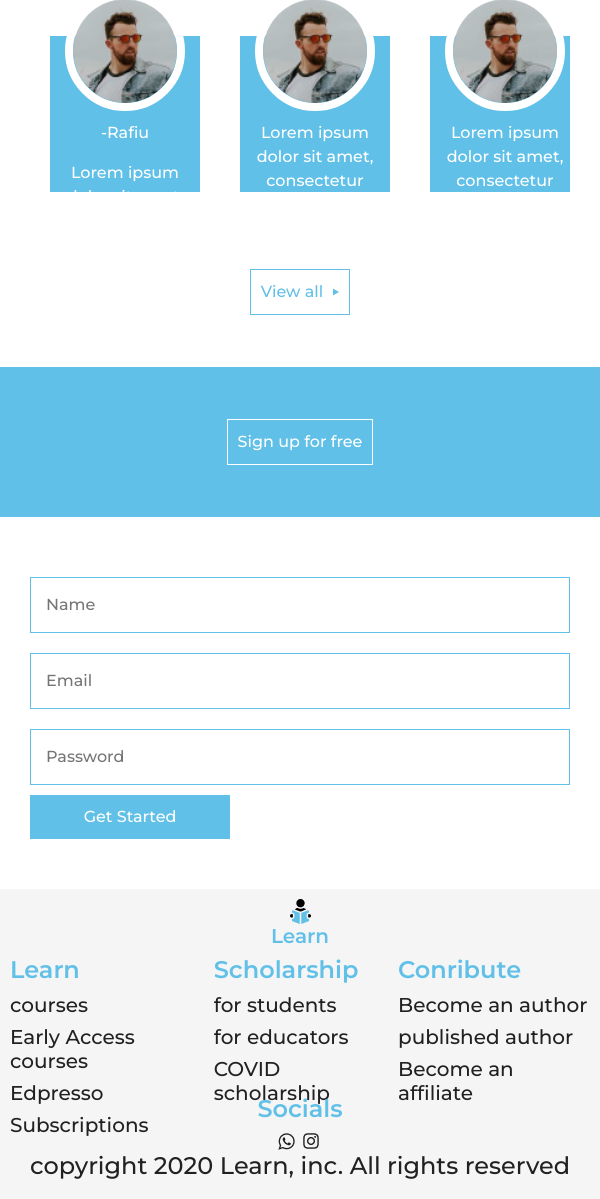
Repository: TiaraOluwanimi/team5
Page: tutor.html
An editor plug-in stored every save of this project. The page is shown before and after the next save, followed by the edit.
The browser window is 600 px wide. The pictures show the part of the page from y = 3948 to 5516 px (the page is 5147 px tall before and 5516 px after).
A picture or video elsewhere on the page could not be fetched, so the positions and the page height are approximate. Some web libraries are served in a nearby version.

Above is the page before, as saved 2020-08-08 12:33:50.

### tutor.html
<!DOCTYPE html>
<html lang="zxx">
  <head>
    <meta charset="UTF-8" />
    <meta name="viewport" content="width=device-width, initial-scale=1.0" />
    <title>Online Tutoring</title>
    <!-- Custom Css -->
    <link rel="stylesheet" href="./assets/css/header-footer.css" />
    <link rel="stylesheet" href="./assets/css/tutor.css" />
    <link rel="stylesheet" href="./assets/css/testimonial.css" />
    <!-- Favicon -->

    <!---------------------- CDNs----------------- -->
    <!-- Bootstrap CSS CDN -->
    <link
      rel="stylesheet"
      href="https://maxcdn.bootstrapcdn.com/bootstrap/4.0.0/css/bootstrap.min.css"
      integrity="sha384-Gn5384xqQ1aoWXA+058RXPxPg6fy4IWvTNh0E263XmFcJlSAwiGgFAW/dAiS6JXm"
      crossorigin="anonymous"
    />
    <!-- fontawesome CDN -->
    <!-- Google Font -->
    <link href="https://fonts.googleapis.com/css2?family=Montserrat:wght@500;600&display=swap" rel="stylesheet">
    <!-- Font Awesome -->
    <script src="https://kit.fontawesome.com/0f19ba4771.js" crossorigin="anonymous"></script>

</head>

<body>
    <!-- Welcome to this online tutoring website. 😊 -->
    <!--  Header  -->
    <nav class="nav1">
      <a href="#"><img src="./assets/img/logo.png" alt="" /></a>
      <div class="nav1div1">
        <img
          class="searchicon"
          onclick="displaySearchBar()"
          src="./assets/img/search.png"
          alt=""
        />
        <button class="nav1butt1">Log in</button>
        <button class="nav1butt2">Join for free</button>
      </div>
      <div class="nav1div2 display">
        <input
          class="searchbar"
          type="text"
          placeholder="Enter Text here"

        />
      </div>
    </nav>

    <!-- Landing Page -->
    <div class="div1">
        <img class="div1img1" src="./assets/img/hero-img.png" alt="">
        <div class="div1div1">
            <i class="fas fa-play-circle fa-2x div1img2"></i>
            &nbsp;&nbsp;&nbsp;
            <h3 class="div1hh1">TAKE A TOUR</h3>
        </div>
    </div>

    <div class="div2">
        <h1 class="div2hh1">
            LEARN ALL YOU WANT, AT YOUR OWN
            <span class="div2hh2">PACE.</span>
        </h1>
        <h4 class="div2hh3">
            Lorem ipsum dolor sit amet, consectetur
            adipiscing elit, sed do eiusmod tempor
            incididunt ut labore et dolore magna
            aliqua. Ut enim ad minim veniam, quis
            nostrud exercitation ullamco laboris nisi
            ut aliquip ex ea commodo consequat.
        </h4>
        <div class="div2div1">
            <button class="div2butt1">Get Started</button>
        </div>
    </div>
    <!-- join us section -->
    <section id="join-us" class="py-5" style="position: relative;">
        <div style="position: absolute; right: 0px; top:-10px;">
          <img src="./assets/img/Ellipse13.png" alt="" class="img-fluid" >
        </div>
        <div class="container">
          <div class="row">
            <div class="col-12 mx-auto text-center">
              <h4 class="mx-auto sec-head">
                <span><strong>Join Us</strong></span>
              </h4>
              <p>
                Join us for free classes taught by experts. And explore hundreds
                of free online classes.
              </p>
            </div>
            <div class="row py-3">
                <div class="col-md-4 text-center my-3">
                  <div class="box-shadow py-3">
                    <img
                      src="./assets/img/course.png"
                      alt=""
                      class="join-img img-fluid rounded-circle w-50"
                    />
                    <h4 class="my-5"><strong>Choose a Course</strong></h4>
                  </div>
                </div>
                <div class="col-md-4 text-center my-3">
                  <div class="box-shadow py-3">
                    <img
                      src="./assets/img/skillset.png"
                      alt=""
                      class="join-img img-fluid rounded-circle w-50"
                    />
                    <h4 class="my-5"><strong>Grow your skillset</strong></h4>
                  </div>
                </div>
                <div class="col-md-4 text-center my-3">
                  <div class="box-shadow py-3">
                    <img
                      src="./assets/img/mentorship.png"
                      alt=""
                      class="join-img img-fluid rounded-circle w-50"
                    />
                    <h4 class="my-5"><strong>Meet a mentor</strong></h4>
                  </div>
                </div>
                <button
                  class="btn btn-lg btn-outline-primary py-3 px-5 rounded-0 mx-auto"
                >
                  View All
                </button>
              </div>
            </div>
        </div>
          </section>

    <!-- service section -->
    <section id="services" class="py-5" style="position: relative;">
      <div style="position: absolute; left: 0px; top: -30px;">
        <img src="./assets/img/Ellipse10.png" alt="" />
      </div>
      <div
        style="position: absolute; right: 0px; top: 30%; transform: scale(-1);"
      >
        <img src="./assets/img/Ellipse10.png" alt="" />
      </div>
      <div class="container">
        <div class="row">
          <div class="col-12 mx-auto text-center">
            <h4 class="mx-auto sec-head">
              <span><strong>Services</strong></span>
            </h4>
            <p>
              Helping over 5,000 students reach their ultimate goals with our
              special packages.
            </p>
          </div>
        </div>
        <div class="row p-3">
          <div class="col-md-4 text-center py-3">
            <h4><strong>Get help, FAST</strong></h4>
            <img
              src="./assets/img/hourglass1.png"
              alt=""
              class="img-fluid w-25 my-3"
            />
            <p class="my-3" style="font-size: 14px;">
              Lorem ipsum dolor sit amet, consectetur adipiscing elit, sed do
              eiusmod tempor incididunt ut labore et dolore magna aliqua. Ut
              enim ad minim veniam, quis nostrud exercitation ullamco laboris
              nisi ut aliquip ex ea commodo consequat. um.
            </p>
            <h6 class="border py-3 px-1 mx-3 border-primary">
              Learn More <i></i>
            </h6>
          </div>
          <div class="col-md-4 text-center py-3">
            <h4><strong>Personalised tutoring</strong></h4>
            <img
              src="./assets/img/teacher1.png"
              alt=""
              class="img-fluid w-25 my-3"
            />
            <p class="my-3" style="font-size: 14px;">
              Lorem ipsum dolor sit amet, consectetur adipiscing elit, sed do
              eiusmod tempor incididunt ut labore et dolore magna aliqua. Ut
              enim ad minim veniam, quis nostrud exercitation ullamco laboris
              nisi ut aliquip ex ea commodo consequat. um.
            </p>
            <h6 class="border py-3 px-1 mx-3 border-primary">
              Learn More <i></i>
            </h6>
          </div>
          <div class="col-md-4 text-center py-3">
            <h4><strong>80+ Courses</strong></h4>
            <img
              src="./assets/img/test1.png"
              alt=""
              class="img-fluid w-25 my-3"
            />
            <p class="my-3" style="font-size: 14px;">
              Lorem ipsum dolor sit amet, consectetur adipiscing elit, sed do
              eiusmod tempor incididunt ut labore et dolore magna aliqua. Ut
              enim ad minim veniam, quis nostrud exercitation ullamco laboris
              nisi ut aliquip ex ea commodo consequat. um.
            </p>
            <h6 class="border py-3 px-1 mx-3 mx-lg-1 border-primary">
              Learn More <i></i>
            </h6>
          </div>
        </div>
      </div>
    </section>
    <!-- Testimonial section -->
    <section>
      <div>
        <div class="testimonial-heading">
          <div>
            <h4 class="mx-auto sec-head">
              <span><strong>Testimonials</strong></span>
            </h4>
          </div>
          <p>what our awesome client are saying</p>
        </div>
        <div class="testimonial-container">
          <div  id="testimonial-details">
            <div class="testimonial-card">
              <img src="./assets/img/Ellipse7.png" alt="">
              <div class="testimonial-statement">
                <p>-Rafiu</p>
                <p>Lorem ipsum dolor sit amet, consectetur adipiscing elit, sed do odo consequat. um.</p>
              </div>

            </div>
            <div class="testimonial-card">
              <img src="./assets/img/Ellipse7.png" alt="">
              <div class="testimonial-statement">
                <p>Lorem ipsum dolor sit amet, consectetur adipiscing elit, sed do odo consequat. um.</p>
              </div>

            </div>
            <div class="testimonial-card">
              <img src="./assets/img/Ellipse7.png" alt="">
              <div class="testimonial-statement">
                <p>Lorem ipsum dolor sit amet, consectetur adipiscing elit, sed do odo consequat. um.</p>
              </div>

            </div>

        </div>
      </div>
        <div id="view-all-button">

          <button>View all<img src="./assets/img/polygonImg.png" alt="A play "/></button>
        </div>

        <div id="sign-button">

          <button>Sign up for free</button>
        </div>
        <div class="testimonial-container">
          <form >
            <input type="text" placeholder="Name">
            <input type="email" placeholder="Email">
            <input type="password" placeholder="Password">
            <button>Get Started</button>
          </form>
        </div>
      </div>
    </section>
    <!--  Footer  -->
    <footer class="footer1">
      <div class="footer1div1">
        <img class="footer1img1" src="./assets/img/logo.png" alt="" />
        <h5 class="footer1hh1">Learn</h5>
      </div>

      <div class="footer1div2">
        <div class="footer1div3">
          <h4 class="footer1hh2">Learn</h4>
          <a href="" class="footer1link1"
            ><h5 class="footer1hh3">courses</h5></a
          >
          <a href="" class="footer1link1"
            ><h5 class="footer1hh3">Early Access courses</h5></a
          >
          <a href="" class="footer1link1"
            ><h5 class="footer1hh3">Edpresso</h5></a
          >
          <a href="" class="footer1link1"
            ><h5 class="footer1hh3">Subscriptions</h5></a
          >
        </div>
        <div class="footer1div4">
          <h4 class="footer1hh2">Scholarship</h4>
          <a href="" class="footer1link1"
            ><h5 class="footer1hh3">for students</h5></a
          >
          <a href="" class="footer1link1"
            ><h5 class="footer1hh3">for educators</h5></a
          >
          <a href="" class="footer1link1"
            ><h5 class="footer1hh3">COVID scholarship</h5></a
          >
        </div>
        <div class="footer1div5">
          <h4 class="footer1hh2">Conribute</h4>
          <a href="" class="footer1link1"
            ><h5 class="footer1hh3">Become an author</h5></a
          >
          <a href="" class="footer1link1"
            ><h5 class="footer1hh3">published author</h5></a
          >
          <a href="" class="footer1link1"
            ><h5 class="footer1hh3">Become an affiliate</h5></a
          >
        </div>
      </div>

      <div class="footer1div6">
        <h4 class="footer1hh2 redd">Socials</h4>
        <a href="#"><img src="./assets/img/whatsapp.png" alt="" /></a>
        <a href="#"><img src="./assets/img/instagram.png" alt="" /></a>
      </div>

      <h4 class="footer1hh4">
        copyright 2020 Learn, inc. All rights reserved
      </h4>
    </footer>

    <!---------------------- CDNs----------------- -->
    <!-- jQuery CDN -->
    <script
      src="https://code.jquery.com/jquery-3.2.1.slim.min.js"
      integrity="sha384-KJ3o2DKtIkvYIK3UENzmM7KCkRr/rE9/Qpg6aAZGJwFDMVNA/GpGFF93hXpG5KkN"
      crossorigin="anonymous"
    ></script>
    <!-- ajax CDN -->
    <script
      src="https://cdnjs.cloudflare.com/ajax/libs/popper.js/1.12.9/umd/popper.min.js"
      integrity="sha384-ApNbgh9B+Y1QKtv3Rn7W3mgPxhU9K/ScQsAP7hUibX39j7fakFPskvXusvfa0b4Q"
      crossorigin="anonymous"
    ></script>
    <!-- BootstrapJS CDN -->
    <script
      src="https://maxcdn.bootstrapcdn.com/bootstrap/4.0.0/js/bootstrap.min.js"
      integrity="sha384-JZR6Spejh4U02d8jOt6vLEHfe/JQGiRRSQQxSfFWpi1MquVdAyjUar5+76PVCmYl"
      crossorigin="anonymous"
    ></script>
    <!-- Custom Javascript Links -->
    <script src="./assets/js/tutor.js"></script>
  </body>
</html>

### assets/css/header-footer.css

/*  Header Navbar */
body{
  margin: 0;
}
.nav1{
   margin: 10px;
}
.nav1div1{
    display: inline;
    float: right;
}
.nav1butt1{
    color: #212121;
    border-color: #212121;
    border-width: 1px;
    background-color: #FFFFFF;
    padding: 7px 7px;
    font-family: 'Montserrat', sans-serif;
    font-weight: 500;
    outline: none;
    margin-left: 35px;
}
.nav1butt2{
    color: #FFFFFF;
    border-color: #60C0E8;
    border: none;
    background-color: #60C0E8;
    padding: 8px 7px;
    font-family: 'Montserrat', sans-serif;
    font-weight: 500;
    outline: none;
    margin-left: 8px;
}
.nav1butt1:hover{
    background-color: #f0f0f0;
      cursor: pointer;
}
.nav1butt2:hover{
    background-color: #60adce;
    cursor: pointer;
}
.searchicon:hover{
    cursor: pointer;
}
.nav1div2{
    text-align: center;
    width: 100%;
    margin-top: 10px;
}
.searchbar{
    width: 60%;
    font-family: 'Montserrat', sans-serif;
    outline: none;
    border-radius: 10px;
    padding: 10px;
    border-width: 1px;
}
.footer1link1{
    text-decoration: none;
}
.display{
    display: none;
}



/*  Footer  */
.footer1{
    padding: 10px;
    background-color: #F5F5F5;
}
.footer1div1{
    text-align: center;
}
.footer1hh1{
    margin-top: 0px;
    font-family: 'Montserrat', sans-serif;
    color: #60C0E8;
    font-weight: 600;
}
.footer1div2{
    display: flex;
    flex-direction:row;
    justify-content: space-evenly;
}
.footer1hh2{
    font-family: 'Montserrat', sans-serif;
    color: #60C0E8;
    font-weight: 600;
}
.footer1hh3{
    font-family: 'Montserrat', sans-serif;
    color: #212121;
    font-weight: normal;
}
.footer1div6{
    text-align: center;
    margin-top: -50px;
}
.redd{
    margin-bottom: 5px;
}
.footer1hh4{
    text-align: center;
    font-family: 'Montserrat', sans-serif;
    color: #212121;
    font-style: normal;
    font-weight: 500;
}

/* Footer Media Queries */
@media only screen and (max-width: 399px) {
    .footer1div2{
        flex-direction: column;
        align-items: center;
    }
    .footer1div6{
        text-align: center;
        margin-top: -10px;
    }
}

### assets/css/tutor.css
* {
  font-family: "Montserrat", sans-serif;
}
.div1 {
  margin: 10px;
  text-align: center;
}
.div1div1 {
  width: 100%;
  display: flex;
  justify-content: center;
  background-color: #60c0e8;
  margin-top: -5px;
}
.div1img1 {
  width: 100%;
  height: 350px;
}
.div1img2 {
  padding-top: 15px;
  color: #ffffff;
}
.div1div1:hover {
  background-color: #60adce;
  cursor: pointer;
}
.div1hh1 {
  font-family: "Montserrat", sans-serif;
  font-weight: 600;
  color: #ffffff;
}

.div2 {
  margin: 10px;
}
.div2hh1 {
  font-family: "Montserrat", sans-serif;
  text-align: center;
  color: #3a3a3a;
  font-weight: bold;
}
.div2hh2 {
  color: #60c0e8;
}
.div2hh3 {
  font-family: "Montserrat", sans-serif;
  text-align: center;
  color: #000000;
  font-weight: 500;
}
.div2div1 {
  text-align: center;
}
.div2butt1 {
  background-color: #60c0e8;
  font-weight: 500;
  color: #ffffff;
  border: none;
  outline: none;
  padding: 15px 30px;
  font-size: large;
}
.div2butt1:hover {
  background-color: #60adce;
  cursor: pointer;
}

/* this handles the line in each section heading  */
.sec-head {
  width: 30%;
  text-align: center;
  border-bottom: 2px solid #000;
  line-height: 0.1em;
  margin: 10px 0 20px;
}
.sec-head span {
  background: #fff;
  padding: 0 10px;
}
/* join us images border */
.join-img {
  border: 5px solid #60c0e8 !important;
}
/* box shadow */
.box-shadow {
  box-shadow: 0px 5px 30px 0.5px #e6e6e6;
}
.box-shadow:hover {
  box-shadow: 0px 5px 30px 5px #c7c7c7;
}

@media screen and (max-width: 320px) {
  .sec-head {
    width: 70%;
  }
}

### assets/css/testimonial.css
.testimonial-heading{
    text-align:center;
    margin-bottom: 50px;;
}
.testimonial-card{
    text-align: center;
    height:250px;
    width:500px;
    padding:15px;
    position: relative;
    background-color: #60C0E8;
    margin: 50px 20px 25px;


}
.testimonial-card img{
    margin-top:-60px;

    width:120px;
    border: 8px solid white;
    border-radius: 100%;

}
.testimonial-statement{
    color:#fff;
    margin:10px 0;
}


.testimonial-container{
    width:90%;
    margin:0 auto;
    overflow: hidden;
}

#sign-button{
    background: #60C0E8;
    width:100%;
    height:150px;
    display: flex;
    align-items: center;
    justify-content: center;
}
#sign-button button{
    background:#60C0E8;
    color:#fff;
    padding:10px;
    border:1px solid #fff;
    transition: ease 1s;
}
#sign-button button:hover{
    background:#fff;
    color:#60C0E8;
  ;
}
#view-all-button{

    width:100%;
    height:150px;
    display: flex;
    align-items: center;
    justify-content: center;
}
#view-all-button button{
    background: #fff;
    padding:10px;
    color:#60C0E8;
    padding:10px;
    border:1px solid #60C0E8;
    transition: ease 1s;
}
#view-all-button button img{
    margin-left:10px;
}
#view-all-button button:hover{
    background:#fff;
    color:#60C0E8;
  ;
}
form{
    box-sizing: border-box;
    margin:50px 0;
}
form input{
    width:100%;
    margin:10px 0;
    padding:15px;
    border: 1px solid #60C0E8;
    box-sizing: border-box;
}

form button{
    width:200px;
    margin: 0 auto;
    background: #60C0E8;
    color:#fff;
    padding:10px;
    border:none;
}
@media(max-width:759px){
    #testimonial-details{
        display:flex;
        flex-direction: row;
        justify-content: space-around;
        flex-wrap:nowrap;
        overflow-x: scroll;
        overflow-y: hidden;
        max-width:100%;
        height:
    }
    .testimonial-card{
        text-align: center;
        height:156px;
        padding:15px;
        position: relative;
        background-color: #60C0E8;
        margin: 50px 20px 25px;


    }
}
@media(min-width:760px){
    .testimonial-container{
        width:80%;
        margin:0 auto;
        overflow: hidden;
    }
    #testimonial-details{
        display:flex;
        justify-content: space-around;
        flex-wrap:nowrap;

    }
}

### assets/js/tutor.js

function displaySearchBar(){
    document.querySelector(".nav1div2").classList.toggle("display");
}

After the next save:
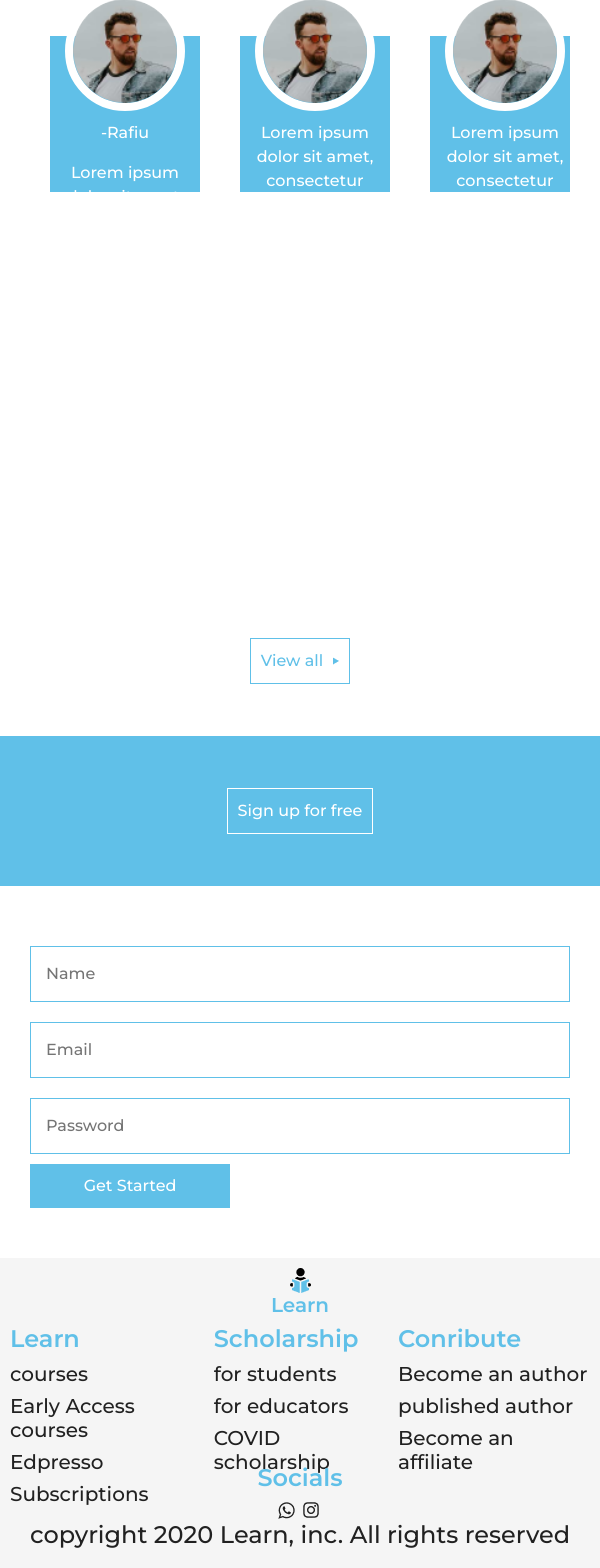
Saved 4 s later.
--- a/assets/css/testimonial.css
+++ b/assets/css/testimonial.css
@@ -106,7 +106,7 @@ form button{
         overflow-x: scroll;
         overflow-y: hidden;
         max-width:100%;
-        height:
+        height:600px;
     }
     .testimonial-card{
         text-align: center;
